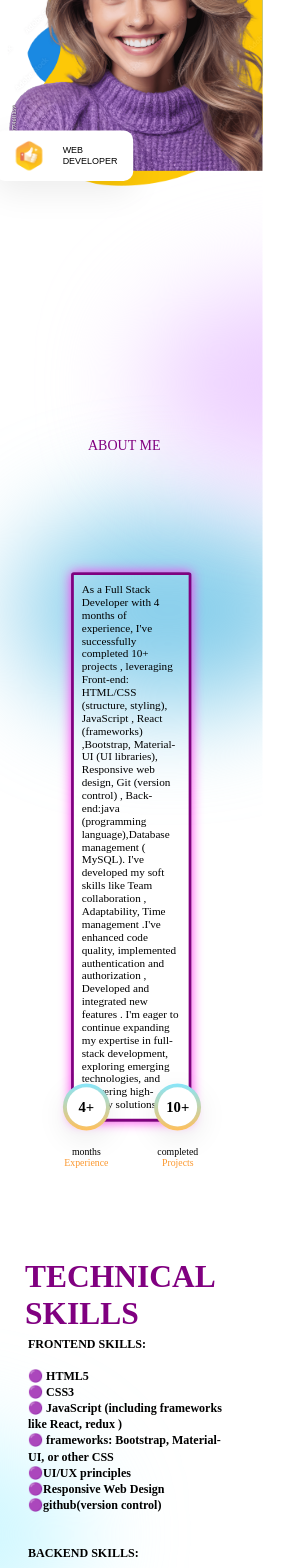
Repository: glorysandy/Protfolio
Page: /
The author's editor kept a copy of each file at every save. The page is drawn from the files as they stood at one save, then again after a run of saves.
The browser window is 375 px wide. The page is 440 px wide, so the pictures cover 440 px, including what lies to the right of the window. The pictures show the part of the page from y = 1079 to 3319 px (the page is 7883 px tall), at 70% of full size.
Some web fonts or font styles are not loaded; a fallback is used. The project was rebuilt for these pictures with package versions that can differ from the ones it lists, and the page was loaded fresh each time. Imported but missing from the stored project, and not drawn on this page: src/components/Services/SANDHIYA.P (RESUME).pdf.

Above is the page before, as saved 2024-10-17 16:06:27.

### public/index.html
<!DOCTYPE html>
<html lang="en">
  <head>
    <meta charset="utf-8" />
    <link rel="icon" href="%PUBLIC_URL%/favicon.ico" />
    <meta name="viewport" content="width=device-width, initial-scale=1" />
    <meta name="theme-color" content="#000000" />
    <meta
      name="description"
      content="Web site created using create-react-app"
    />
    <style>
      @font-face{
        font-family: Gumela;
        src:url('../src/fonts/*');
      }
      *{
        font-family: 'Gumela';
        font-weight:normal ;
        font-size: 20px;

      }
      body{
        margin: 0;
      }
    </style>
    <link rel="apple-touch-icon" href="%PUBLIC_URL%/logo192.png" />
    <!--
      manifest.json provides metadata used when your web app is installed on a
      user's mobile device or desktop. See https://developers.google.com/web/fundamentals/web-app-manifest/
    -->
    <link rel="manifest" href="%PUBLIC_URL%/manifest.json" />
    <!--
      Notice the use of %PUBLIC_URL% in the tags above.
      It will be replaced with the URL of the `public` folder during the build.
      Only files inside the `public` folder can be referenced from the HTML.

      Unlike "/favicon.ico" or "favicon.ico", "%PUBLIC_URL%/favicon.ico" will
      work correctly both with client-side routing and a non-root public URL.
      Learn how to configure a non-root public URL by running `npm run build`.
    -->
    <title>React App</title>
  </head>
  <body>
    <noscript>You need to enable JavaScript to run this app.</noscript>
    <div id="root"></div>
    <!--
      This HTML file is a template.
      If you open it directly in the browser, you will see an empty page.

      You can add webfonts, meta tags, or analytics to this file.
      The build step will place the bundled scripts into the <body> tag.

      To begin the development, run `npm start` or `yarn start`.
      To create a production bundle, use `npm run build` or `yarn build`.
    -->
  </body>
</html>

### src/components/Navbar/Navbar.jsx
import React from "react";
import Toggle from "../Toggle/Toggle";
import "./Navbar.css";
import { Link } from "react-scroll";
const navbar = () => {
  return (
    <div className="n-wrapper" id="Navbar">
      {/* left */}
      <div className="n-left">
        <div className="n-name">MODE</div>
        <Toggle />
      </div>
      {/* right */}
      <div className="n-right">
        <div className="n-list">
          <ul style={{ listStyleType: "none" }}>
            <li>
              <Link activeClass="active" to="Navbar" spy={true} smooth={true}>
                HOME
              </Link>
            </li>
            <li>
              <Link to="testimonial" spy={true} smooth={true}>
                ABOUT
              </Link>
            </li>
            <li>
              <Link to="works" spy={true} smooth={true}>
                SKILLS
              </Link>
            </li>
            <li>
              <Link to="portfolio" spy={true} smooth={true}>
                PROJECTS
              </Link>
            </li>
            <li>
              <Link to=" services" spy={true} smooth={true}>
                RESUME
              </Link>
            </li>
          </ul>
        </div>
        <Link to="contact" spy={true} smooth={true}>
        <button className="button n-button">CONTACT</button>
        </Link>
      </div>
    </div>
  );
};

export default navbar;

### src/components/Testimonials/Testimonial.jsx
import React from "react";
import "./Testimonial.css";
import back from  "../../img/Hand coding-rafiki.png";
import { width } from "@fortawesome/free-brands-svg-icons/fa42Group";
const Testimonial = () => {

  return (
    <div className="t-wrapper" id="testimonial">
      <div className="t-heading" style={{marginLeft:"95vh" ,marginTop:"35vh"}}>
        <span>ABOUT </span>
        <span>ME </span>
      <div className="blur t-blur1" style={{ background: "var(--purple)" }}></div>
      <div className="blur t-blur2" style={{ background: "skyblue" }}></div>
      <div className="blur t-blur3" style={{ background: "voilet" }}></div>
       <div className="t-back"  >
       <img
          src={back}
          alt=""
        />
</div> <div className="t-sen" style={{fontSize:"1.6rem",fontWeight: "7rem",  position: "absolute", marginTop: "-100vh" ,marginLeft: "-48px",marginRight: "18px"
}}> <span>As a Full Stack Developer with 4 months of experience, I've   successfully completed 10+ projects , leveraging Front-end:  HTML/CSS (structure, styling), JavaScript , React (frameworks) ,Bootstrap, Material-UI (UI libraries), Responsive web design, Git (version control)
, Back-end:java (programming language),Database management ( MySQL). I've developed my soft skills like Team collaboration , Adaptability, Time management .I've enhanced code quality, implemented authentication   and authorization
,  Developed and integrated new features
. I'm eager to continue expanding my expertise in full-stack development, exploring emerging technologies, and delivering high-quality solutions.</span></div> </div>

<div className="head"> <span> ABOUT ME</span></div>

    <div className="dup">
    <span>As a Full Stack Developer with 4 months of experience, I've   successfully completed 10+ projects , leveraging Front-end:  HTML/CSS (structure, styling), JavaScript , React (frameworks) ,Bootstrap, Material-UI (UI libraries), Responsive web design, Git (version control)
, Back-end:java (programming language),Database management ( MySQL). I've developed my soft skills like Team collaboration , Adaptability, Time management .I've enhanced code quality, implemented authentication   and authorization
,  Developed and integrated new features
. I'm eager to continue expanding my expertise in full-stack development, exploring emerging technologies, and delivering high-quality solutions.</span>


      </div>

       </div>

  );
};

export default Testimonial;

### src/components/Experience/Experience.jsx
import React, { useContext } from "react";
import { themeContext } from "../../Context";
import "./Experience.css";
const Experience = () => {
  const theme = useContext(themeContext);
  const darkMode = theme.state.darkMode;

  return (
    <div className="experience" id='experience'>
      <div className="achievement">
        {/* darkMode */}
        <div className="circle" style={{color: darkMode?'var(--orange)':''}}>4+</div>
        <span  style={{color: darkMode?'white':''}}>months </span>
        <span>Experience</span>
      </div>
      <div className="achievement">
        <div className="circle" style={{color: darkMode?'var(--orange)':''}}>10+</div>
        <span  style={{color: darkMode?'white':''}}>completed </span>
        <span>Projects</span>
      </div>
    </div>
  );
};

export default Experience;

### src/components/Portfolio/Portfolio.jsx
import React, { useContext } from "react";
import "./Portfolio.css";
import { Swiper, SwiperSlide } from "swiper/react"
import "swiper/css";
import pro from "../../img/pro 1 copy.jpg";
import pro2 from "../../img/pro2.jpg";
import HOC from "../../img/hoc.png";
import pro3 from "../../img/pro3.jpg";
import { themeContext } from "../../Context";

const Portfolio = () => {
  const theme = useContext(themeContext);
  const config ={
    social:{
      pro1:'https://project-1-nerolac.vercel.app/',
      pro2:'https://rock-paper-scissors-phi-puce.vercel.app/',
      pro3:'https://sliding-puzzle-jade.vercel.app/',
    }
}

  const darkMode = theme.state.darkMode;
  return (
    <div className="portfolio" id="portfolio">
            <div className="blur t-blur2" style={{ background: "skyblue" }}></div>
      <div className="blur t-blur2" style={{ background: "voilet" }}></div>

      {/* heading */}
      <span style={{color: darkMode?'white': ''}}>Recent Projects</span>
      <span>Portfolio</span>



      {/* slider */}
      <Swiper
        spaceBetween={30}
        slidesPerView={3}
        grabCursor={true}
        className="portfolio-slider"
      ><div className="silde">


        <SwiperSlide>
          <div >
       <a href={config.social.pro1}  ><img src={pro} alt="" /></a>
          </div>
        </SwiperSlide>
        <SwiperSlide>
          <div>
          <a href={config.social.pro2}  ><img src={pro2} alt="" /></a>
          </div>
        </SwiperSlide>
        <SwiperSlide>
        <div>
        <a href={config.social.pro3}  ><img src={pro3} alt="" /></a>
        </div>
        </SwiperSlide>
        <SwiperSlide>
          <div>

          </div>
          <img src={HOC} alt="" />
        </SwiperSlide></div>
      </Swiper>

    </div>
  );
};

export default Portfolio;

### src/components/Contact/Contact.jsx
import React, { useContext, useRef, useState } from "react";
import "./Contact.css";
import emailjs from '@emailjs/browser';
import { themeContext } from "../../Context";

const Contact = () => {
  const theme = useContext(themeContext);
  const darkMode = theme.state.darkMode;
  const form = useRef();
  const [done, setDone] = useState(false)
  const sendEmail = (e) => {
    e.preventDefault();

    emailjs
      .sendForm(
        "service_y60teja",
        "template_4kj4n7i",
        form.current,
        "ORKOyUiaYznGkr2zZ"
      )
      .then(
        (result) => {
          console.log(result.text);
          setDone(true);


        },
        (error) => {
          console.log(error.text);
        }
      );
  };

  return (
    <div className="contact-form" id="contact">
      {/* left side copy and paste from work section */}

      <div className="w-left">
        <div className="awesome">
          {/* darkMode */}
          <span style={{color: darkMode?'white': ''}}>Get in Touch</span>
          <span style={{color:"purple"}}>Contact me</span>
          <div
            className="blur s-blur1"
            style={{ background: "#ABF1FF94" }}
          ></div>
        </div>
      </div>
      {/* right side form */}
      <div className="c-right">
      <form ref={form}  onSubmit={sendEmail}>
          <input type="text" name="user_name" className="user"  placeholder="NAME"/>
          <input type="email" name="user_email" className="user" placeholder="EMAIL"/>
          <textarea name="message" className="user" placeholder="MESSAGE"/>
          <input  type="submit" value="Send" className="button"/>
          <span  className="c-t">{done && "Thanks for Contacting me"}</span>  </form>
          <div
            className="blur c-blur1"
            style={{ background: "var(--purple)" }}
          ></div>


      </div>
      </div>

  );
};

export default Contact;

### src/components/Footer/Footer.jsx
import React from "react";
import "./Footer.css";
import Git from "../../img/git3.png";
import ins from "../../img/mylink.png";
import end from "../../img/end.png";
import wave2 from "../../img/AdobeStock_559187959 copy.png";
import { width } from "@fortawesome/free-brands-svg-icons/fa42Group";
const Footer = () => {

  const config ={
    social:{
      Github:'https://github.com/glorysandy',
      LinkedIn:'https://www.linkedin.com/in/sandhiya-parasuraman-822719298/',

    }
}


  return (
    <div className="footer">
     <img src={wave2} alt="" style={{ width: "100%", height: "80%",  marginTop:"-2vh"}} />

     <div className="blur t-blur1" style={{ background: "var(--purple)" }}></div>
      <div className="blur t-blur2" style={{ background: "var(--purple)" }}></div>
      <div className="f-content"  >
        <div>        <span > EMAIL ID: samuve0842@gmail.com</span> <br></br> <br></br> <br></br>
        <span>PHONE NO: 9043545860</span>
        </div>
        <div className="f-back"  >
       <img
          src={end}
          alt=""
        />
        </div>

        <div className="f-icons" >

          <a href={config.social.LinkedIn} ><img src={ins} alt="" /></a>
          <a href={config.social.Github}><img src={Git} alt=""/></a>
        </div>

      </div>
      </div>
  );
};

export default Footer;

### src/components/Toggle/Toggle.jsx
import React, { useContext } from "react";
import "./Toggle.css";
import Moon from "@iconscout/react-unicons/icons/uil-moon";
import Sun from "@iconscout/react-unicons/icons/uil-sun";
import { themeContext } from "../../Context";

const Toggle = () => {
  const theme = useContext(themeContext);
  const darkMode = theme.state.darkMode;
  const handleClick = () => {
    // debugger
    theme.dispatch({ type: "toggle" });
  };
  return (
    <div className="toggle" onClick={handleClick}>
      <Moon />
      <Sun />
      {/*                              toggle.css mein left ki property aik assign hy ussy delete
                                          krna hy pehly */}
      <div
        className="t-button"
        style={darkMode ? { left: "2px" } : { right: "2px" }}
      ></div>
    </div>
  );
};

export default Toggle;

### src/components/Navbar/Navbar.css
.n-wrapper {
  height: 10vh;
  display: flex;
  justify-content: space-between;
  margin-bottom: 2rem;
  top: 0;
}
.n-left {
  flex: 1;
  align-items: center;
  justify-content: left;
  display: flex;
  gap: 2rem;

}
.n-name {
  font-size: 1.3rem;
  font-weight: bold;
}
.n-right {
  flex: 1;
  display: flex;
  align-items: center;
  justify-content: flex-end;
  font-weight: 400;

}
.n-right :hover{
  color: rgb(165, 0, 137);


}
.n-list {
  flex: 10;
}
.n-list > ul {
  display: flex;
  gap: 2rem;
  margin-right: 4rem;
}

.n-list > ul :hover {
  color: var(--orange);
  cursor: pointer;


}

.n-button {
  flex: 2;

}

@media screen and (max-width: 480px) {
  .n-list {
    display: none;
  }
}

### src/components/Intro/Intro.css
.Intro {
  display: flex;
  height: 77vh;
  margin-top: 6rem;
}

/* left side styling */
.i-left {
  display: flex;
  position: relative;
  flex: 1;
  flex-direction: column;
  gap: 2rem;
}
.i-name {
  display: flex;
  flex-direction: column;
  gap: 0.25rem;
}
.i-name > :nth-child(1) {
  color: rgb(243, 188, 6);
  font-weight: bold;
  font-size: 3rem;
}
.i-name > :nth-child(2) {
  color: rgb(136, 7, 136);

  font-weight: bold;
  font-size: 2.9rem;
}
.i-name > :nth-child(3) {
  font-weight: 100;
  font-size: 17px;
  color: var(--gray);
  margin-top: 10px;
}
.i-button {
  width: 6rem;
  height: 2rem;

}
.i-button:hover{
  color: rgb(121, 1, 101);
  background-color: rgb(226, 80, 255);
  box-shadow: 0 0 20px rgb(255, 53, 238);

}
.i-icons {
  margin-top: 3rem;
  display: flex;
  gap: 0rem;
}
.i-icons > * {
  transform: scale(0.5);
}
.i-icons > *:hover {
  cursor: pointer;
  color: rgb(121, 1, 101);
  background-color: rgb(226, 80, 255);
  box-shadow: 0 0 20px rgb(255, 53, 238);


}
/* right side styling */
.i-right {
  flex: 1;
  position: relative;
}
.i-right > * {
  position: absolute;
  z-index: 1;
}
.i-right > :nth-child(1) {
  transform: scale(0.69);
  left: -15%;
  top: -9%;
}
.i-right > :nth-child(2) {
  top: -4.6rem;
  transform: scale(0.67);
  left: -3rem;
}
.i-right > :nth-child(3) {
  transform: scale(1.4);
  width: 18rem;
  height: 18rem;
  left: 28%;
}
.i-right > :nth-child(4) {
  transform: scale(0.62);
  top: -19%;
  left: -24%;
  border-radius: 50%;
  padding: 0;
}

/* blur */
.blur {
  position: absolute;
  width: 22rem;
  height: 14rem;
  border-radius: 50%;
  background: #edd0ff;
  filter: blur(212px);
  z-index: -9;
  top: -18%;
  left: 56%;
  filter: blur(72px);
}

@media screen and (max-width: 480px) {
  .Intro {
    flex-direction: column;
    gap: 7rem;
    height: 64rem;
  }

  .i-right {
    transform: scale(0.8);
    left: -3rem;
  }
  .i-right .blur {
    display: none;
  }
  .floating-div:nth-of-type(1){
    /* display: none; */
    top: -7rem !important;;
  }
}

### src/components/Testimonials/Testimonial.css
.t-wrapper{
    padding:  0 3rem 0 3rem;;
    height: 100vh;
    display: flex;
    align-items: center;
    justify-content: center;
    margin-top: 7rem;
    flex-direction: column;
    gap: 2rem;
    position: relative;


}
.t-heading{
    align-self: start;

}
.t-heading>*{
    font-size: 2rem;
    font-weight: bold;

}
.t-heading span:nth-of-type(2){
    color: rgba(170, 0, 170, 0.733);
}
.head{
    margin-left: -90vh;
    margin-top: -1rem;
    font-size: 20vh;
    color: purple;
    font-weight: bold;
    display: none;
}
.t-blur1{
    left: 38rem;
    top: 16rem;
}
.t-blur2{
    top: 9rem;
    left: 0;
}
.t-back{
    display: flex;
    position: relative;
    width: 35rem;
    height:35rem;
    left:-115vh;
    top:-3rem;
}
.t-sen{
font-size:1.6rem;
}
.t-sen:hover{
cursor: pointer;
color: rgb(121, 1, 101);
box-shadow: 0 0 20px rgb(255, 53, 238);
padding: 0.7rem;
border-radius: 5px;
}
.dup{
    display: none;

}
.dup{
    cursor: pointer;
    color: rgb(121, 1, 101);
    box-shadow: 0 0 20px rgb(255, 53, 238);
    padding: 0.7rem;
    border-radius: 5px;

}
@media screen and (max-width: 480px) {

    .t-back{
        flex-direction: column;
        transform: scale(0.6);
        margin-left:  -115px;
        gap:5rem;
        height: 64rem;
        margin-top: -70vh;
        position: relative;
        display: none;
    }
    .head{
        margin-top: 1vh;
        display: flex;
        margin-left: -20px;
    font-size: 20rem;
    font-weight: bolder;
    }
    .dup  {

        display: flex;
        margin-top: 4vh;
        transform: scale(0.8);
        border: 5px solid purple;
        color: black;
        width: ;
        justify-content: start;
    }
    .c-t{
        transform: scale(0.7);
        margin-top: -2rem;
    }
}

### src/components/Experience/Experience.css
.experience {
  display: flex;
  align-items: center;
  justify-content: center;
  gap: 5rem;
  height: 30vh;
  margin-bottom: 8rem;
  /* darkmode */
  color: var(--black);
  margin-top: 15vh;
}
.achievement{
    display: flex;
    flex-direction: column;
    align-items: center;
}
.circle {

    width: 4rem;
    height: 4rem;
    background: white;
    border-radius: 100%;
    position: relative;
    display: flex;
    align-items: center;
    justify-content: center;
    font-size: 1.5rem;
    font-weight: bold;
    margin-bottom: 2rem;
}
.circle::before {
    border-radius: 100%;
    content: '';
    background-image: linear-gradient(to bottom, #87e6fb 0%, #ffc05c 100%);
    top: -8px;
    left: -8px;
    bottom: -8px;
    right: -8px;
    position: absolute;
    z-index:-1;
    box-shadow: var(--boxShadow);
}

.achievement span:nth-of-type(2){
    color: var(--orange);
}


@media screen and (max-width: 480px) {
    .experience{
        transform: scale(0.7);
        margin-top: 7rem;
    }
}

### src/components/Works/Works.css
.works {
  padding: 0 3rem 0 3rem;
  display: flex;
  height: 90vh;
  margin-top: -3rem;

  /* scroll */
  align-items: center;
}
/* left side */
.awesome {
  display: flex;
  flex-direction: column;
  position: relative;
}
.tex:hover{
cursor: pointer;
color: rgb(121, 1, 101);
box-shadow: 0 0 20px rgba(255, 147, 246, 0.89);
background-color: rgba(204, 0, 245, 0.068);
padding: 2.2rem;
}
.k-button {

  width: 8rem;
  height: 2rem;
  top: 4rem;
}

/* right side */
.w-right {
  position: relative;
}

.w-mainCircle {
  left: 9rem;
  position: relative;
  width: 18rem;
  height: 18rem;
  border-radius: 100%;
  box-shadow: var(--smboxShadow);
  top: 2rem;
  background: white;
  /* darkMode */
  z-index: 2;
}
.w-mainCircle > * {
  position: absolute;
}
.w-mainCircle > :nth-child(1) {
  top: -3rem;
  left: 6rem;
}
.w-mainCircle > :nth-child(2) {
  left: -3rem;
  top: 5rem;
}
.w-mainCircle > :nth-child(3) {
  left: 6rem;
  top: 5rem;
}
.w-mainCircle > :nth-child(4) {
  left: 15rem;
  top: 5rem;
}
.w-mainCircle > :nth-child(5) {
  left: 6rem;
  top: 13rem;
}
.w-secCircle {
  width: 6.5rem;
  height: 6.5rem;
  position: absolute;
  border-radius: 100%;
  border: 5px solid #ebebeb;
  display: flex;
  align-items: center;
  justify-content: center;
  background: "none";
  box-shadow: var(--smboxShadow);
  background: white;
}

.w-secCircle > img {
  transform: scale(0.6);
}

.w-backCircle {
  position: absolute;
  height: 13rem;
  width: 13rem;
  border-radius: 100%;
  /* darkMode */
  z-index: 1;
}
.blueCircle {
  background: #1949b8;
  left: 18rem;
  top: 0rem;
}
.yellowCircle {
  background: #f5c32c;
  left: 18rem;
  top: 8rem;
}

@media screen and (max-width: 480px) {
  .works {
    flex-direction: column;
  height: 220vh;
    padding: 1rem;
    gap: 5rem;
    position: relative
    ;
    margin-top: -6rem;
  }
  .awesome > :nth-child(2){
    position: relative;
    transform: scale(0.9);

    margin-left: -20px;
  }
 .awesome > :nth-child(3){

  transform: scale(1.0);
font-size: 0.5rem;
display: contents;
margin-left: 5rem;

}
.k-button{
  gap: 1rem;
  margin-top: 2vh;
  margin-left: 1rem;
}
  .w-right {
    display: flex;
    align-items: flex-start;
    justify-content:start;
    transform: scale(0.7);

  }
  .w-mainCircle{
    position: static;
  }
  .w-backCircle{
    left: 8rem!important;
  }

}

### src/components/Portfolio/Portfolio.css
.portfolio {
  display: flex;
  align-items: center;
  justify-content: center;
  flex-direction: column;
  height: 70vh;
margin-top: 3rem;;
}
/* heading */
.portfolio span:nth-of-type(1) {
  color: var(--black);
  font-size: 2rem;
  font-weight: bold;
}

.portfolio span:nth-of-type(2) {
  color: purple;
  font-size: 2.5rem;
  font-weight: bold;
}

/* slider */
.portfolio .swiper{
    overflow: visible!important;
}

.portfolio-slider {
  margin-top: 6rem;
  width: 100%;
}

.portfolio-slider .swiper-slide {
  width: 20rem;
}
.portfolio img {
  width: 19rem;
  filter: drop-shadow(-12px 15px 13px rgba(0, 0, 0, 0.25));
  border-radius: 19px;
}
.slide{
  cursor: pointer;
  background-color: rgb(1, 12, 22);
}
.s-blur2 {
  left: 14rem;
  top: 8rem;
}

.s-blur1 {
  top: 13rem;
  left: -18rem;
}

### src/components/Services/Services.css
.services {
  padding: 0 3rem 0 3rem;
  display: flex;
  height: 30rem;
  margin-bottom: 8rem;
  margin-top: 5rem;
  margin-bottom: 13rem;
  /* scroll view */
  padding-top: 3rem;
}
/* left side */
.awesome {
  display: flex;
  flex-direction: column;
  position: relative;
  /* gap: 20px; */
}

.awesome > :nth-child(1) {
  color: var(--black);
  font-size: 2.5rem;
  font-weight: bold;
}
.awesome > :nth-child(2) {
  color: purple;
  font-size: 2.5rem;
  font-weight: bold;
}
.awesome > :nth-child(3) {
  color: var(--gray);
  font-size: 14px;
  margin-top: 1rem;
}
.s-back{
  display: flex;
  position: relative;
  height: 80vh;
  width: 80vh;
  margin-left: -130px;
  margin-top: -3rem;
}

.s-button {
  width: 10rem;
  height: 2.4rem;
  margin-top: -0.3rem;
font-weight: 600;
}
/* right sided */
.cards {
  position: relative;
  left: 32vh;
}
.cards > * {
  position: absolute;
}

/* blur */
.s-blur2 {
  left: 14rem;
  top: 8rem;
}

.s-blur1 {
  top: 13rem;
  left: -18rem;
}

@media screen and (max-width: 480px) {
  .services {
    margin-top: 4rem;
    flex-direction: column;
    gap: 5rem;
    height: 66rem;
    padding: 2px;
  }
.s-back{
  transform: scale(0.8);
  padding: 1rem;
}
  .cards {
    display: flex;
    flex-direction: column;
    gap: 17rem;
  }
  .cards > * {
    position: static;
  }
  .s-button{
    justify-content: center;
    margin-left: 4rem;
  }
}

### src/components/Contact/Contact.css
.contact-form{
    padding: 0 3rem 0 3rem;
    display: flex;
    height: 80vh;
    margin-top: 1rem;
      /* scroll */
  padding-top: 3rem;
}


.c-right{
    display: flex;
    justify-content: center;
    position: relative;
    flex: 1;
}

.c-right>form
{
    display: flex;
    flex-direction: column;
    gap: 2rem;
    align-items: center;

}

.c-right .user{
    width: 20rem;
    height: 2rem;
    padding: 0.3em;
    outline: none;
    border: 4px solid purple;
    border-radius: 8px;
    font-size: 16px;

}

.user:hover{
    border: 4px solid purple ;
    background-color: rgb(245, 194, 255);
    box-shadow: 0 0 20px rgb(255, 170, 248);
cursor: pointer;
}
textarea{
    height: 4rem!important;
}

.c-blur1{
    top: 1rem;
    left: 8rem;
}

@media screen and (max-width: 480px) {
    .contact-form{
        padding: 1rem;
        flex-direction: column;
        gap: 5rem;
        height: 40rem;
        margin-top: 20rem;
    }
    .c-right .user{
        width: 16rem;

    }

}   .c-right .button{
    position: static;
}

### src/components/Footer/Footer.css
.footer {
  display: flex;
  align-items: center;
  margin: -0.5rem -3.5rem;
  position: relative;
  margin-top: -7rem;

}

.f-content {
  position: absolute;
  display: flex;
  align-items: center;
  justify-content: center;
  flex-direction: column;
  width: 100%;
  margin-top: 2rem;
  gap: 4rem;
  color: rgb(143, 0, 143);
  font-weight: 700;
  font-size: 10rem;
}
.f-ip{
  display: flex;
  position: relative;
  width: 5rem;
  height:5rem;

}
.f-icons {
  display: flex;
  gap: 2rem;
  margin-top: -3rem;
  margin-left: -60px;
}
.f-icons:hover{
color:rgb(254, 255, 176);
cursor: pointer;
}
.f-back{
  position: absolute;
  margin-left: -120vh;
  margin-top: -6rem;
}
@media screen and (max-width: 480px){
  .footer{
    margin-top: -8rem;
  }
  .f-content{
    transform: scale(.5);
    margin-left: 20px;
    margin-top: -0.5rem;


  }
  .f-back{
    transform: scale(0.65);
   margin-left: -570px;
  }
}

### src/components/Toggle/Toggle.css
.toggle{
    display: flex;
    justify-content:space-between;
    border: 3px solid var(--purple);
    border-radius: 1rem;
    position: relative;
    padding: 2px;
    cursor: pointer;

}
.toggle>*{
    width: 1rem;
    height: 1rem;
    color: purple;
}
.t-button{
    border-radius: 100%;
    background: var(--purple );
    position: absolute;
}
.t-button:hover{
    background: linear-gradient(180deg, #e600e6 26.71%, #9f00be 99.36%);
    box-shadow: 0px 20px 24px 3px rgba(184, 0, 144, 0.42);

}

### src/components/Card/Card.css
.card {
  width: 10rem;
  height: 13rem;
  position: absolute;
  display: flex;
  flex-direction: column;
  gap: 1rem;
  align-items: center;
  width: 10rem;
  text-align: center;
  background: rgba(255, 255, 255, 0.26);
  border: 8px solid rgba(150, 0, 150, 0.815);
  box-shadow: var(--boxShadow);
  border-radius: 20px;
  padding: 0px 26px 2rem 26px;
}
.card span:nth-of-type(2) {
  color: var(--gray);
  font-size: 16px;
}
.card > img {
  transform: scale(0.6);
  margin-bottom: -2rem;
}
.c-button {
    background: #FFFFFF;
    box-shadow: 0px 19px 60px rgba(0, 0, 0, 0.08);
    border-radius: 7px;
    border: none;
    padding: 10px;
    font-size: 16px;
    color: #5290FD;
}

.c-button:hover{
    transform: scale(1.1);
    cursor: pointer;
}
/* cards */




@media screen and (max-width: 480px){
  .card{
    width: 240px;
    margin-left: -140px;
    justify-content: center;
    padding: 1 rem;
  }
}

Loaded but not shown: src/index.js (common file); src/App.js (common file); src/Context.js (common file); src/App.css (common file); src/components/FloatingDiv/FloatingDiv.jsx (common file); src/components/Card/Card.jsx (common file); src/components/FloatingDiv/FloatingDiv.css (common file); src/components/Intro/Intro.jsx (109 lines, source omitted); src/components/Works/Works.jsx (95 lines, source omitted); src/components/Services/Services.jsx (95 lines, source omitted)

After the next 2 saves:
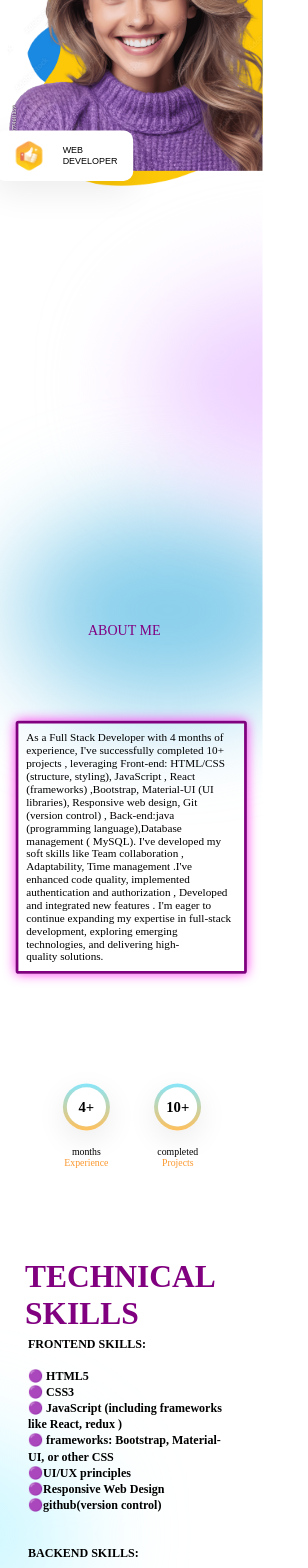
The 2 saves are shown as one change because they came seconds apart.
The last was saved 8 s later.
--- a/src/components/Testimonials/Testimonial.css
+++ b/src/components/Testimonials/Testimonial.css
@@ -95,7 +95,7 @@ border-radius: 5px;
         transform: scale(0.8);
         border: 5px solid purple;
         color: black;
-        width: ;
+        width: 375px;
         justify-content: start;
     }
     .c-t{
